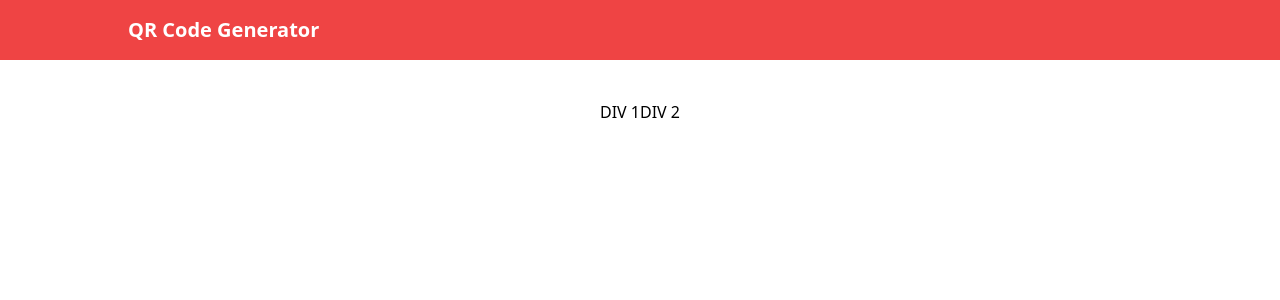
Repository: Ellisvelandia/QR-generator
Page: index.html
The author's editor kept a copy of each file at every save. The page is drawn from the files as they stood at one save, then again after a run of saves.
The browser window is 1280 px wide. The pictures show the whole page.
Some web libraries are served in a nearby version.

Above is the page before, as saved 2022-08-21 20:44:43.

### index.html
<!DOCTYPE html>
<html lang="en">
  <head>
    <meta charset="UTF-8" />
    <meta http-equiv="X-UA-Compatible" content="IE=edge" />
    <meta name="viewport" content="width=device-width, initial-scale=1.0" />
    <script src="https://cdn.tailwindcss.com"></script>
    <script>
      tailwind.config = {
        theme: {
          extend: {
            colors: {
              fontFamily: {
                sans: ["Poppins", "sans-serif"],
              },
            },
          },
        },
      };
    </script>
    <script
      src="https://cdnjs.cloudflare.com/ajax/libs/qrcodejs/1.0.0/qrcode.min.js"
      integrity="sha512-CNgIRecGo7nphbeZ04Sc13ka07paqdeTu0WR1IM4kNcpmBAUSHSQX0FslNhTDadL4O5SAGapGt4FodqL8My0mA=="
      crossorigin="anonymous"
      referrerpolicy="no-referrer"
    ></script>
    <script src="js/script.js"></script>
    <title>QR Code Generator</title>
  </head>
  <body>
    <header class="bg-red-500 p-4 mb-10">
      <div class="max-w-5xl m-auto">
        <div class="text-xl font-bold text-white">QR Code Generator</div>
      </div>
    </header>
    <main class="">
      <div
        class="flex flex-col-reverse align-center justify-center m-auto md:max-w-4xl md:flex-row"
      >
        <div class="w-fuññ md">DIV 1</div>
        <div>DIV 2</div>
      </div>
    </main>
  </body>
</html>

Loaded but not shown: js/script.js (no copy from this time; the picture is the same without it)

After the next 2 saves:
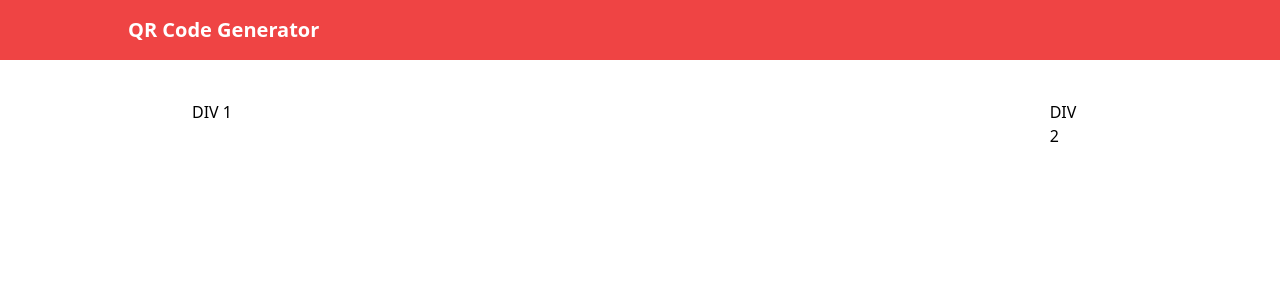
The 2 saves are shown as one change because they came seconds apart.
The last was saved 7 s later.
--- a/index.html
+++ b/index.html
@@ -37,7 +37,7 @@
       <div
         class="flex flex-col-reverse align-center justify-center m-auto md:max-w-4xl md:flex-row"
       >
-        <div class="w-fuññ md">DIV 1</div>
+        <div class="w-full md:w">DIV 1</div>
         <div>DIV 2</div>
       </div>
     </main>
